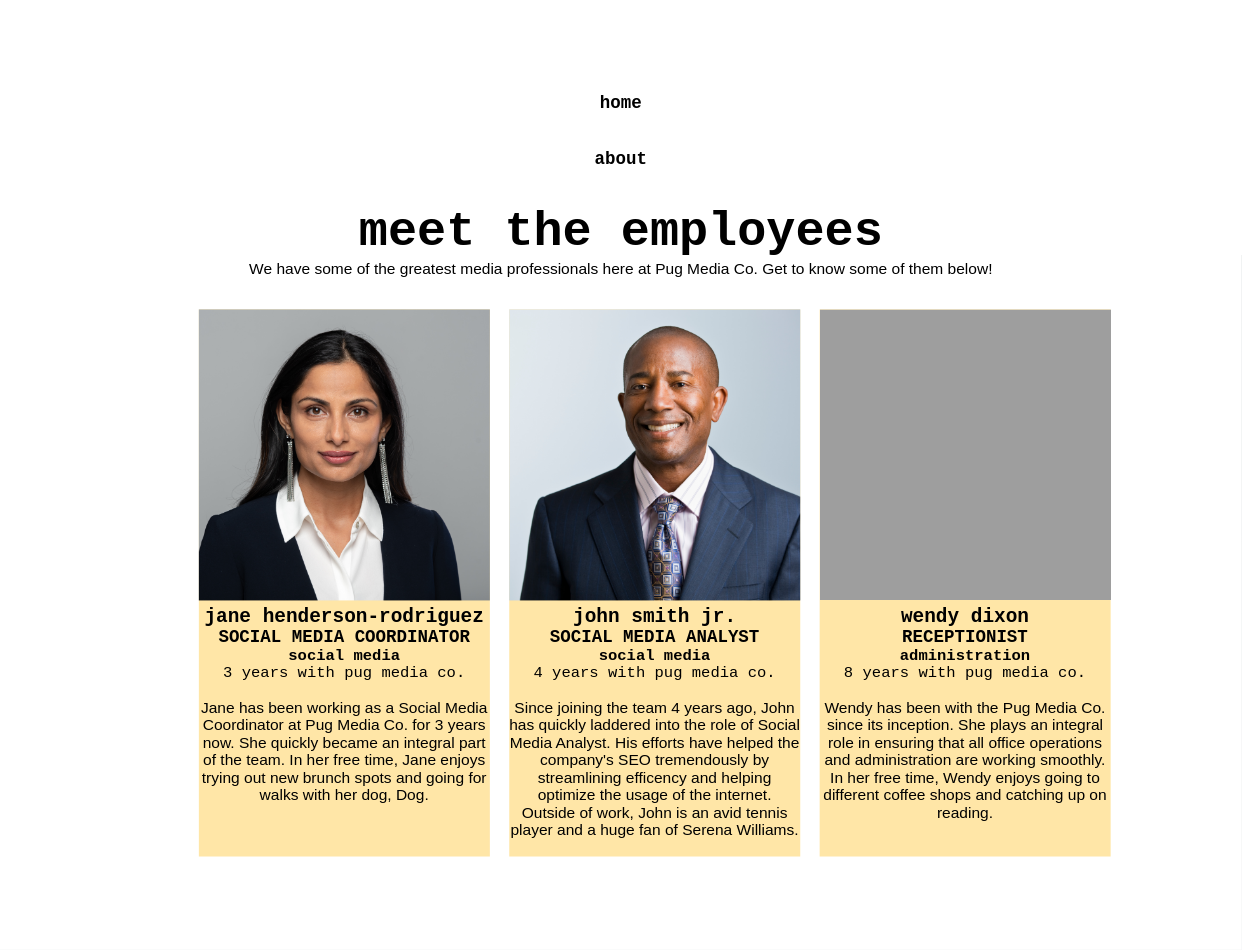
Repository: cheungglenda/MDIA2109-Week3
Page: /about
These files come from the project's save history. The page is drawn as it stood at one moment and after the next save; the edit follows.
The browser window is 1280 px wide. The pictures show the whole page, at 97% of full size.
Pictures or frames that could not be fetched are drawn as grey boxes. The project was rebuilt for these pictures with package versions that can differ from the ones it lists, and the page was loaded fresh each time. The framework's server and built-in components were replaced by stand-ins that run in the browser. Also part of the build but not shown: next.config.js.

Above is the page before, as saved 2023-01-20 12:54:53.

After the next save:
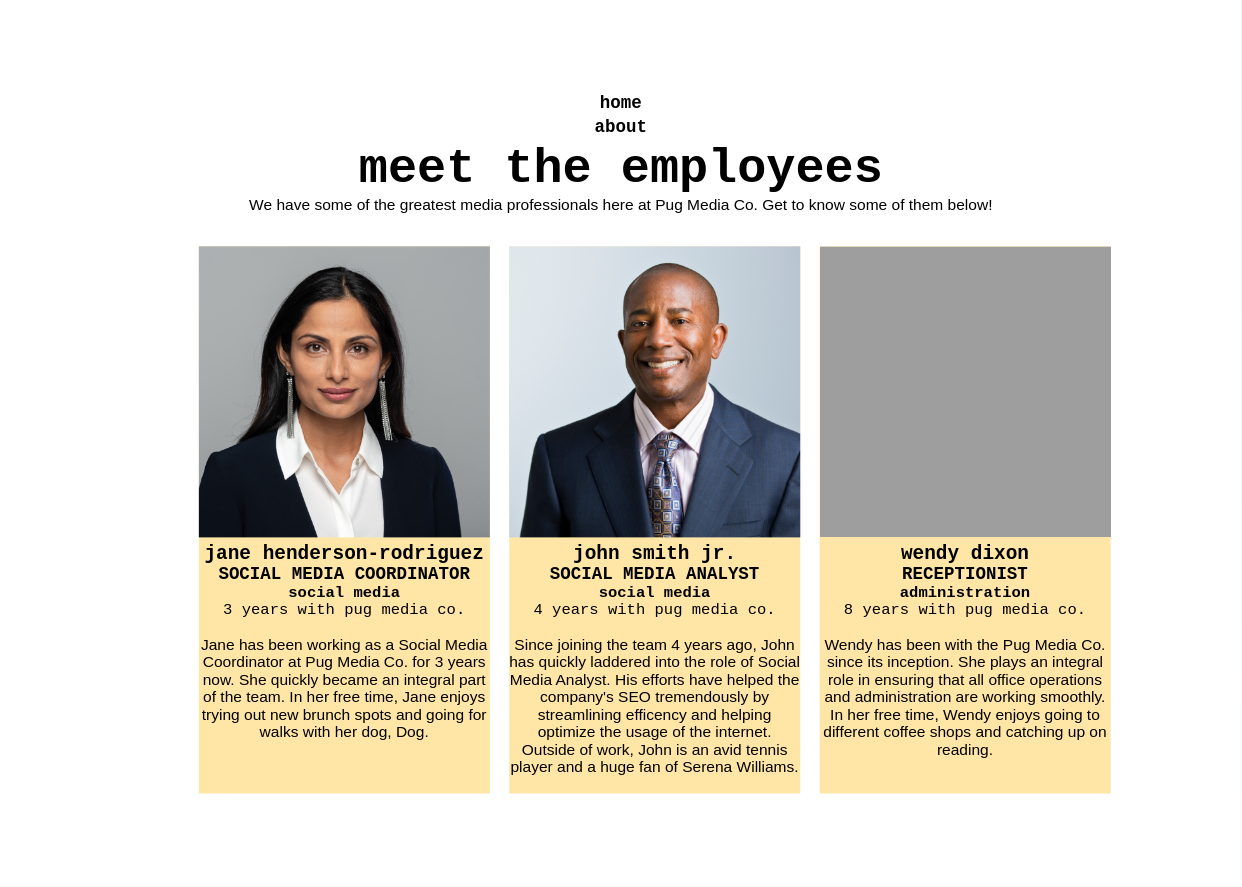
Saved 15 s later.
--- a/styles/Home.module.css
+++ b/styles/Home.module.css
@@ -13,7 +13,6 @@
   display: flex;
   flex-direction:row;
   flex:1;
-  margin-bottom:3%;
   justify-content: space-evenly;
   align-items: center;
   font-size: 18px;
